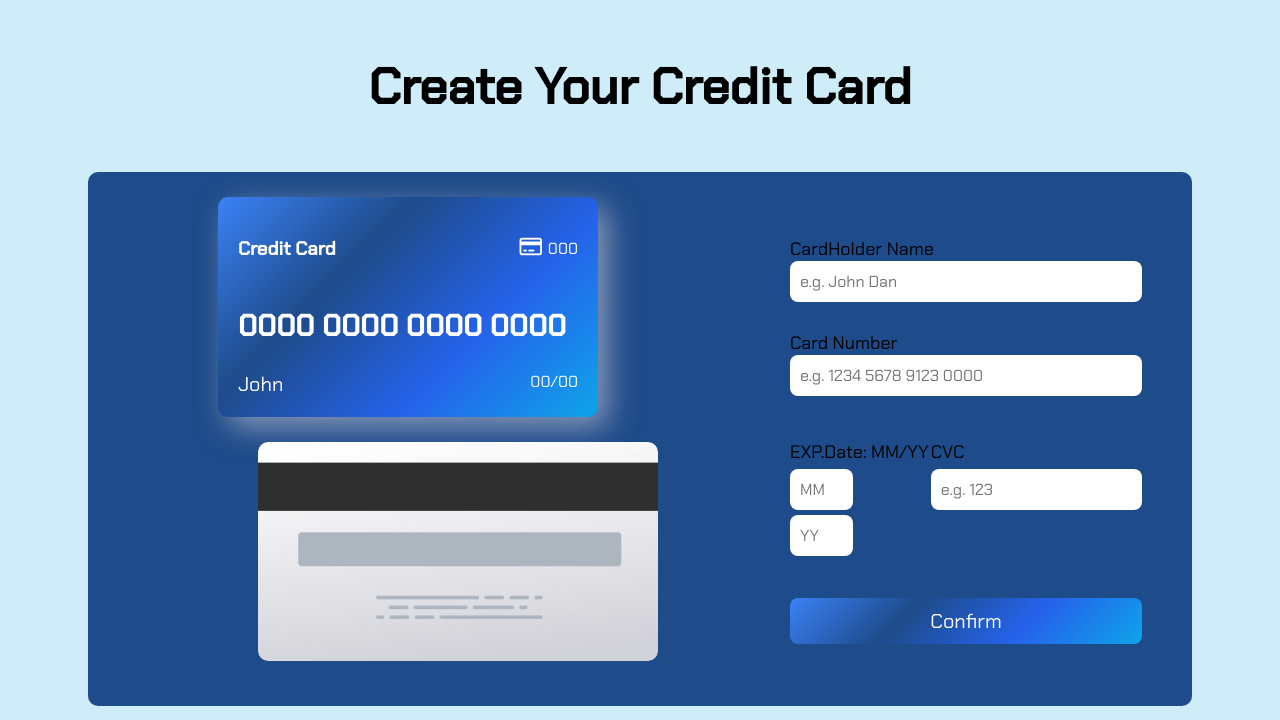
Repository: moehaymanmyint/Interactive-Card-Details-Form
Page: index.html
An editor plug-in stored every save of this project. The page is shown before and after the next save, followed by the edit.
The browser window is 1280 px wide. The pictures show the whole page.
Some web libraries are served in a nearby version.

Above is the page before, as saved 2024-10-18 22:45:26.

### index.html
<!DOCTYPE html>
<html lang="en">
<head>
    <meta charset="UTF-8">
    <meta name="viewport" content="width=device-width, initial-scale=1.0">
    <title>Interactive Card Details Form</title>
    <link rel="stylesheet" href="style.css">
    <link rel="stylesheet" href="https://cdnjs.cloudflare.com/ajax/libs/font-awesome/6.6.0/css/all.min.css" />
</head>
<body>
    <h1 style="text-align: center; padding: 20px; font-size: 50px;">Create Your Credit Card</h1>
    <div class="container">
    <!-- Left Side -->
    <div class="left-container">
        <div class="front-card">
            <div class="header">
                <h3>Credit Card</h3>
                <div>
                    <i class="fa-regular fa-credit-card"></i>
                    <span style="margin-left: 2px;" class="cnv">000</span>
                </div>
            </div>
            <div class="number" style="text-align: justify; " >0000 0000 0000 0000</div>
            <div class="" style="display: flex; justify-content: space-between;">
                <span class="name">John</span>
                <span class="date">
                    <span class="date">00/00</span>
                </span>
            </div>
        </div>


        <div class="back-card">
            <img src="./img/bg-card-back.png" alt="">
        </div>
    </div>

    <!-- Right Side -->
    <div class="right-container">
        <form action="">
            <div class="card-name">
                <label for="">CardHolder Name</label><br>
                <input type="text" placeholder="e.g. John Dan" class="card-input" id="name-input">
                <span class="name-error">Required</span>
            </div>
            <div class="card-number">
                <label for="">Card Number</label><br>
                <input type="text" placeholder="e.g. 1234 5678 9123 0000" class="card-input" id="number-input" maxlength="16">
                <span class="number-error">Required</span>
            </div>
            <div class="card-info">
                <div class="" style="width: 40%;">
                    <label for="">EXP.Date: MM/YY</label><br>
                    <input type="text" placeholder="MM" class="card-date" id="month-input" maxlength="2">
                    <input type="text" placeholder="YY" class="card-date" id="year-input" maxlength="4">
                    <span class="date-error">Required</span>
                </div>
                <div class="cvc" style="width: 60%;">
                    <label for="">CVC</label><br>
                    <input type="text" placeholder="e.g. 123" class="card-cvc" maxlength="3" id="cnv-input">
                    <span class="cnv-error">Required</span>
                </div>
            </div>

            <div class="btn">
                <input type="submit" value="Confirm" class="confirm-btn">
            </div>
        </form>
    </div>
    </div>
</body>
<script src="app.js"></script>
</html>

### style.css
@import url('https://fonts.googleapis.com/css2?family=Chakra+Petch:wght@300;400;500&display=swap');

body{
    font-family: "Chakra Petch", sans-serif;
    background-color: #cfecf9;

}

.container{
    display: flex;
    justify-content: center;
    margin: 10px 80px;
    border-radius: 10px;
    background: #1e4b8a;
}

.left-container,
.right-container {
    margin: 20px 50px;
    width: 50%;
}

.right-container{
    display: flex;
    align-items: center;
    font-size: 20px;
}

.front-card{
    background: linear-gradient(135deg, #3b82f6, #1e4b8a, #2563eb, #0ea5e9);
    box-shadow: 10px 10px 30px rgba(242, 230, 230, 0.5);
    color: white;
    padding: 20px;
    border-radius: 10px;
    height: 180px;
    width: 340px;
    margin: 5px 80px;
    display: flex;
    flex-direction: column;
    justify-content: space-between;
}

.header{
    display: flex;
    justify-content: space-between;
    align-items: center;
}

.header i{
    font-size: 20px;
}

.front-card .number{
    font-size: 30px;
    font-weight: bold;
}

.front-card .name{
    font-size: 20px;
}

.back-card img{
    width: 400px;
    margin: 20px 40px;
    border-radius: 10px;
    margin-left: 120px;
}

.right-container div{
    margin: 15px 0;
}

.card-input {
    width: 100%;
    border: none;
    padding: 10px;
    border-radius: 8px;
    box-sizing: border-box;
}

.card-date {
    width: 45%;
    margin-top: 5px;
    margin-right: 5px;
    border: none;
    padding: 10px;
    border-radius: 8px;
    box-sizing: border-box;
}

.card-cvc {
    width: 100%;
    margin-top: 5px;
    border: none;
    padding: 10px;
    border-radius: 8px;
    box-sizing: border-box;
}

.confirm-btn {
    width: 100%;
    padding: 10px;
    border-radius: 8px;
    border: none;
    background: linear-gradient(135deg, #3b82f6, #1e4b8a, #2563eb, #0ea5e9);
    font-size: 20px;
    color: white;
    cursor: pointer;
}

.card-info {
    display: flex;
    justify-content: space-evenly;
}

label{
    font-size: 18px;
}
input{
    transition: 0.5s;
    font-size: 16px;
    font-family: "Chakra Petch", sans-serif;
}
input:focus{
    outline: none;
    box-shadow: 10px 10px 15px rgba(3, 19, 68, 0.3);
}

.card-name,
.card-number,
.card-info{
    padding-bottom: 12px;
}

.name-error,
.number-error,
.date-error,
.cnv-error{
    color: red;
    display: none;
    font-size: 15px;
}

### app.js
let cardName = document.querySelector(".name");
let cardNumber = document.querySelector(".number");
let cardDate = document.querySelector(".date");
let cardCNV = document.querySelector(".cnv");

let name = document.querySelector("#name-input");
let number = document.querySelector("#number-input");
let year = document.querySelector("#year-input");
let month = document.querySelector("#month-input");
let cnv = document.querySelector("#cnv-input")

let nameError = document.querySelector(".name-error");
let numberError = document.querySelector(".number-error");
let dateError = document.querySelector(".date-error");
let cnvError = document.querySelector(".cnv-error");

function getData(event) {
    event.preventDefault();
    let validAll = true;
    nameError.style.display = "none";
    numberError.style.display = "none";
    dateError.style.display = "none";
    cnvError.style.display = "none";

    // Validate name
    if (name.value.trim() === "") {
        nameError.style.display = "inline";
        validAll = false;
    }

    // Validate card number
    if (number.value === "") {
        numberError.style.display = "inline";
        validAll = false;
    } else if (isNaN(Number(number.value)) || number.value.length !== 16) {
        numberError.style.display = "inline";
        numberError.innerHTML = "Enter a valid 16-digit number";
        validAll = false;
    }

    // Validate month and year
    let current = new Date();
    let currentYear = current.getFullYear()
    if (month.value === "" || year.value === "") {
        dateError.style.display = "inline";
        validAll = false;
    }else if(month.value < 1 || month.value > 12 || isNaN(Number(month.value)) || isNaN(Number(year.value)) || year.value > currentYear){
        dateError.style.display = "inline";
        dateError.innerHTML = "Enter Correct Date*";
        validAll = false;
    }

    // Validate CNV
    if(cnv.value === ""){
        cnvError.style.display = "inline";
        validAll = false;
    } else if (isNaN(Number(cnv.value))) {
        cnvError.style.display = "inline";
        cnvError.innerHTML = "Enter a number";
        validAll = false;
    }

    if (validAll) {
        cardName.innerHTML = name.value;
        formatNumber = ""
        for(let i = 0; i < number.value.length; i++){
            if (i % 4 === 0) {
                formatNumber += ' ';
            }
            formatNumber += number.value[i];
        }
        cardNumber.innerHTML = formatNumber;

        if(month.value.length < 2){
            cardDate.innerHTML = "0" + month.value + "/" + year.value;
        } else {
            cardDate.innerHTML = month.value + "/" + year.value;
        }

        cardCNV.innerHTML = cnv.value;
    }
}

let confirmBtn = document.querySelector(".confirm-btn");
confirmBtn.addEventListener("click", getData);

After the next save:
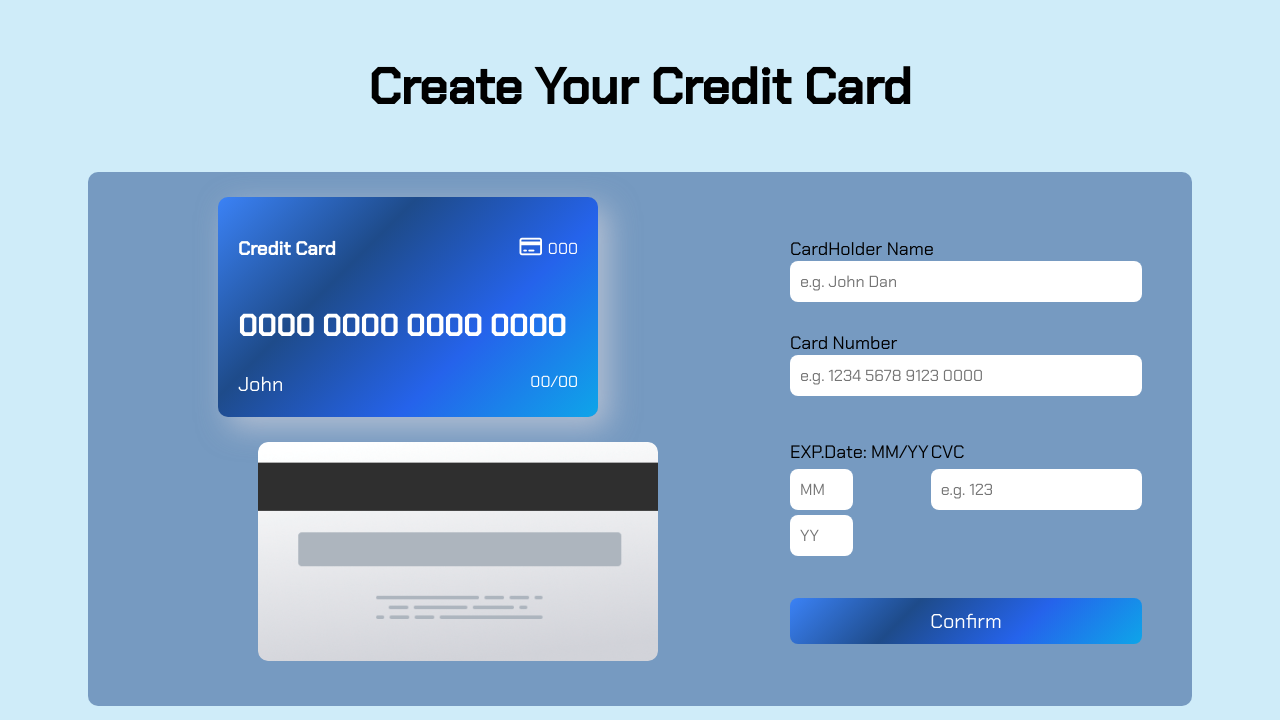
Saved 18 s later.
--- a/style.css
+++ b/style.css
@@ -11,7 +11,7 @@ body{
     justify-content: center;
     margin: 10px 80px;
     border-radius: 10px;
-    background: #1e4b8a;
+    background: rgb(30, 75, 138, 0.5);
 }
 
 .left-container,
